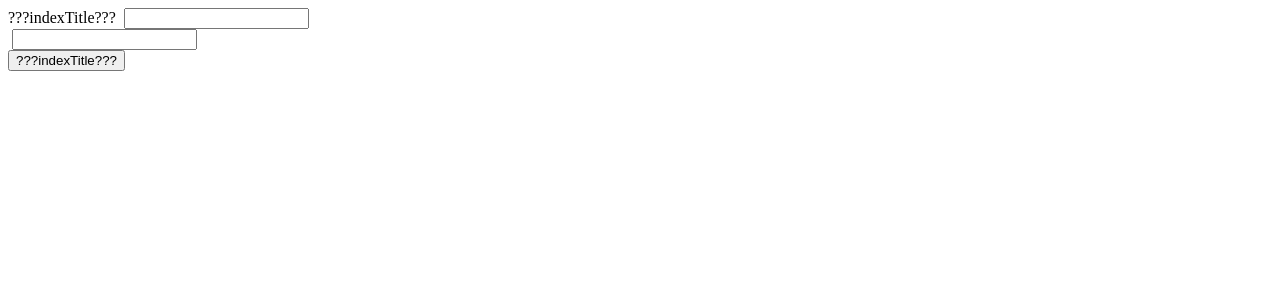
Repository: ocxz/spring
Page: http://localhost/93.SpringMVC_i18n/login.jsp
These files come from the project's save history. The page is drawn as it stood at one moment and after the next save; the edit follows.
The browser window is 1280 px wide. The pictures show the whole page.
The page is served by Tomcat 9. Other server files are loaded and not shown.

Above is the page before, as saved 2019-12-09 08:42:13.

### Spring/代码/93.SpringMVC_i18n/src/main/webapp/login.jsp
<%@ page language="java" contentType="text/html; charset=UTF-8"
	pageEncoding="UTF-8"%>
<%@ taglib prefix="fmt" uri="http://java.sun.com/jsp/jstl/fmt"%>
<!DOCTYPE html>
<html>
<head>
<meta charset="UTF-8">
<title><fmt:message key="loginTile" /></title>
</head>
<body>
	<form action="" method="post">
		<fmt:message key="indexTitle" />&nbsp; <input type="text" name="userName">
		<br /> ${loginPasswordTag }&nbsp;<input type="password" name="pwd">
		<br /> <input type="submit" value="<fmt:message key="indexTitle" />">
	</form>
</body>
</html>

After the next save:
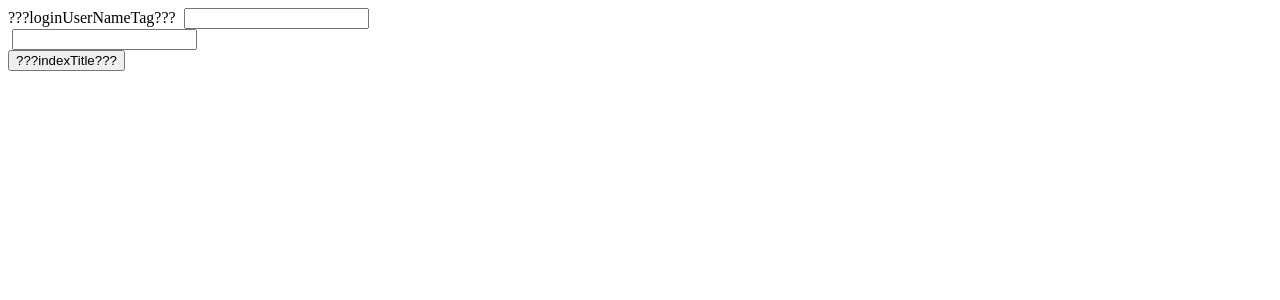
Saved 19 s later.
--- a/Spring/代码/93.SpringMVC_i18n/src/main/webapp/login.jsp
+++ b/Spring/代码/93.SpringMVC_i18n/src/main/webapp/login.jsp
@@ -9,7 +9,7 @@
 </head>
 <body>
 	<form action="" method="post">
-		<fmt:message key="indexTitle" />&nbsp; <input type="text" name="userName">
+		<fmt:message key="loginUserNameTag" />&nbsp; <input type="text" name="userName">
 		<br /> ${loginPasswordTag }&nbsp;<input type="password" name="pwd">
 		<br /> <input type="submit" value="<fmt:message key="indexTitle" />">
 	</form>
